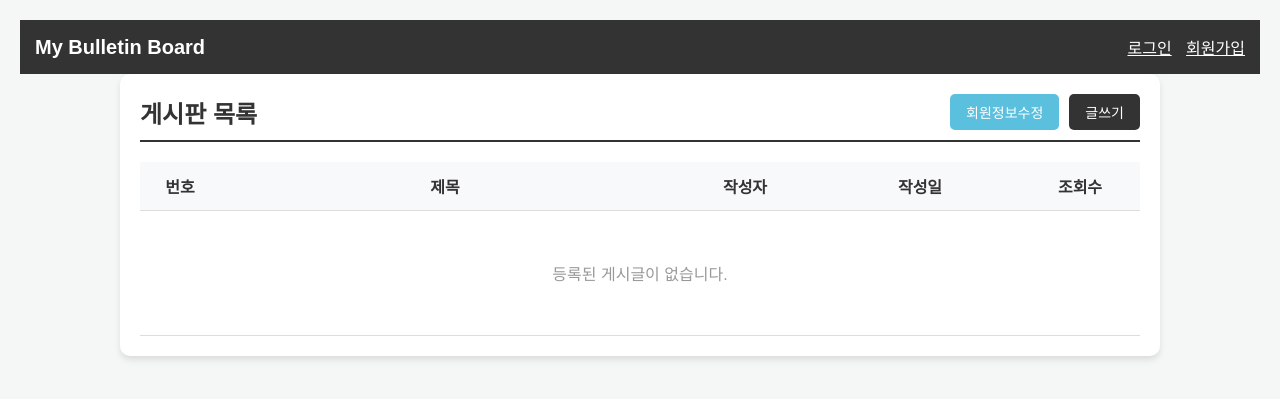
Repository: cjoh0407-ctrl/spring_legacy_project
Page: http://localhost/project/WEB-INF/views/board/list.jsp
The author's editor kept a copy of each file at every save. The page is drawn from the files as they stood at one save, then again after the next save.
The browser window is 1280 px wide. The pictures show the whole page.
The page is served by Tomcat 10. Nobody is signed in. Other server files are loaded and not shown. The template is opened directly, without the code that normally fills it, so the values that code supplies are empty.

Above is the page before, as saved 2026-01-02 08:49:22.

### project/src/main/webapp/WEB-INF/views/board/list.jsp
<%@ page language="java" contentType="text/html; charset=UTF-8" pageEncoding="UTF-8"%>
<%@ taglib uri="http://java.sun.com/jsp/jstl/core" prefix="c" %>
<%@ taglib uri="http://java.sun.com/jsp/jstl/functions" prefix="fn" %>
<!DOCTYPE html>
<html>
<head>
<meta charset="UTF-8">
<title>게시판 목록</title>
<style>
    /* 순수 CSS 스타일링 */
    body { font-family: 'Malgun Gothic', sans-serif; background-color: #f4f7f6; margin: 0; padding: 20px; }
    .container { width: 1000px; margin: 0 auto; background: #fff; padding: 20px; border-radius: 10px; box-shadow: 0 4px 6px rgba(0,0,0,0.1); }

    .header-area { display: flex; justify-content: space-between; align-items: center; margin-bottom: 20px; border-bottom: 2px solid #333; padding-bottom: 10px; }
    h2 { margin: 0; color: #333; }

    /* 버튼 스타일 */
    .btn-group { display: flex; gap: 10px; }
    .btn { padding: 8px 16px; text-decoration: none; border-radius: 5px; font-size: 14px; transition: 0.3s; cursor: pointer; border: none; }
    .btn-dark { background-color: #333; color: #fff; }
    .btn-dark:hover { background-color: #555; }
    .btn-info { background-color: #5bc0de; color: #fff; }
    .btn-info:hover { background-color: #31b0d5; }

    /* 테이블 스타일 */
    table { width: 100%; border-collapse: collapse; margin-top: 10px; }
    th, td { padding: 12px; text-align: center; border-bottom: 1px solid #ddd; }
    th { background-color: #f8f9fa; color: #333; }
    .text-left { text-align: left; }
    .title-link { color: #007bff; text-decoration: none; font-weight: bold; }
    .title-link:hover { text-decoration: underline; }

    tr:hover { background-color: #f9f9f9; }
    .no-data { padding: 50px; color: #999; }
</style>
</head>
<body>
<%@ include file="../common/header.jsp" %>
<div class="container">
    <div class="header-area">
        <h2>게시판 목록</h2>
        <div class="btn-group">
            <a href="/member/update" class="btn btn-info">회원정보수정</a>
            <a href="/board/register" class="btn btn-dark">글쓰기</a>
        </div>
    </div>

    <table>
        <thead>
            <tr>
                <th style="width: 8%;">번호</th>
                <th style="width: 45%;">제목</th>
                <th style="width: 15%;">작성자</th>
                <th style="width: 20%;">작성일</th>
                <th style="width: 12%;">조회수</th>
            </tr>
        </thead>
        <tbody>
            <c:choose>
                <c:when test="${not empty boardList}">
                    <c:forEach items="${boardList}" var="board">
                        <tr>
                            <td>${board.seq}</td>
                            <td class="text-left">
                                <%-- 제목 클릭 시 수정/상세보기 페이지로 이동 --%>
                                <a href="/board/modify?seq=${board.seq}" class="title-link">
                                    <c:out value="${board.title}" />
                                </a>
                            </td>
                            <td>${board.writer}</td>
                            <td>${board.regdateShort}</td>
                            <td>${board.hit}</td>
                        </tr>
                    </c:forEach>
                </c:when>
                <c:otherwise>
                    <tr>
                        <td colspan="5" class="no-data">등록된 게시글이 없습니다.</td>
                    </tr>
                </c:otherwise>
            </c:choose>
        </tbody>
    </table>
</div>

</body>
</html>

### project/src/main/webapp/WEB-INF/views/common/header.jsp
<%@ page language="java" contentType="text/html; charset=UTF-8" pageEncoding="UTF-8"%>
<%@ taglib uri="http://java.sun.com/jsp/jstl/core" prefix="c" %>

<header style="background: #333; color: white; padding: 15px; display: flex; justify-content: space-between; align-items: center;">
    <div>
        <a href="/board/list" style="color: white; text-decoration: none; font-size: 20px; font-weight: bold;">My Bulletin Board</a>
    </div>

    <nav>
        <c:choose>
            <%-- 1. 로그인 안 된 상태 --%>
            <c:when test="${empty sessionScope.member}">
                <a href="/" style="color: white; margin-right: 10px;">로그인</a>
                <a href="/member/join" style="color: white;">회원가입</a>
            </c:when>

            <%-- 2. 로그인 된 상태 --%>
            <c:otherwise>
                <span><b>${sessionScope.member.name}</b>님 환영합니다!</span>
                <a href="/member/update" style="color: #ffca28; margin-left: 15px;">정보수정</a>
                <a href="/member/logout" style="color: #ff5252; margin-left: 10px; font-weight: bold;">로그아웃</a>
            </c:otherwise>
        </c:choose>
    </nav>
</header>

After the next save:
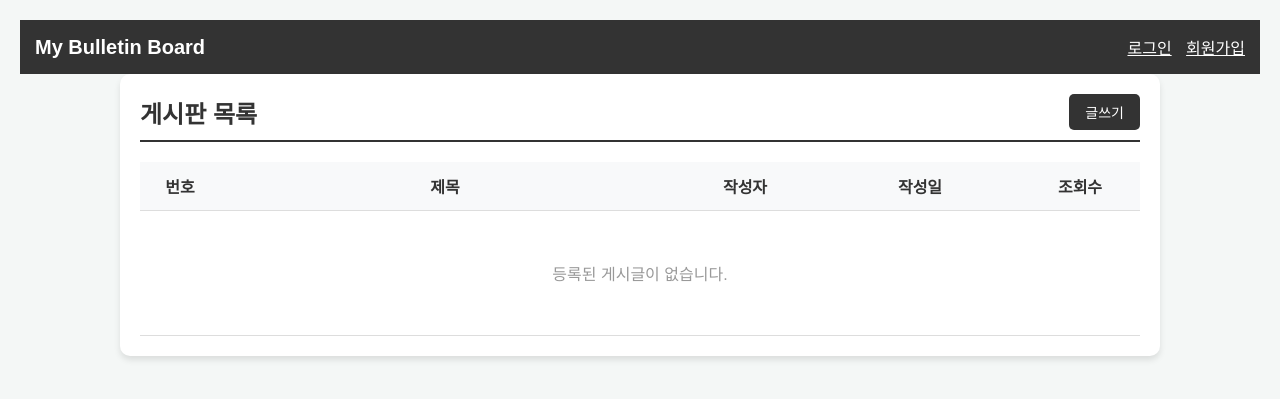
Saved 76 s later.
--- a/project/src/main/webapp/WEB-INF/views/board/list.jsp
+++ b/project/src/main/webapp/WEB-INF/views/board/list.jsp
@@ -40,7 +40,6 @@
     <div class="header-area">
         <h2>게시판 목록</h2>
         <div class="btn-group">
-            <a href="/member/update" class="btn btn-info">회원정보수정</a>
             <a href="/board/register" class="btn btn-dark">글쓰기</a>
         </div>
     </div>
